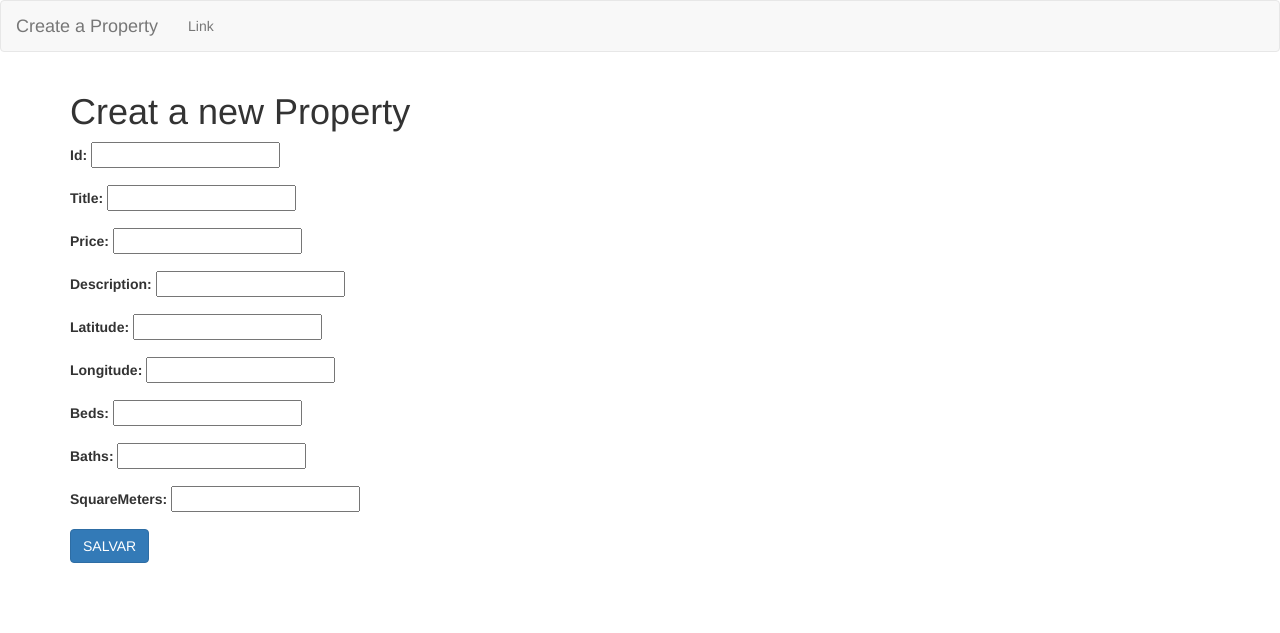
Repository: djoysilva/vivaRealChallenge
Page: http://localhost/vivaReal2.0/createProperty.jsp
These files come from the project's save history. The page is drawn as it stood at one moment and after the next save; the edit follows.
The browser window is 1280 px wide. The pictures show the whole page.
The page is served by Tomcat 9. Other server files are loaded and not shown.

Above is the page before, as saved 2016-11-02 21:13:21.

### VivaRealWorkSpace/vivaReal2.0/WebContent/createProperty.jsp
<%@ page language="java" contentType="text/html; charset=ISO-8859-1"
    pageEncoding="ISO-8859-1"%>
<!DOCTYPE html PUBLIC "-//W3C//DTD HTML 4.01 Transitional//EN" "http://www.w3.org/TR/html4/loose.dtd">
<html>
<head>
<meta http-equiv="Content-Type" content="text/html; charset=ISO-8859-1">
<%@ include file = "include.jsp"%>
<title>Create a new property</title>
</head>
<body>
	<%@ include file = "menu.jsp" %>
	<div class = "container">
		<h1>Creat a new Property</h1>
		<div class = "row">
			<div class = "col-md-6">
				<form action="createProperty" method="post">
					<input type="hidden" name="action" value="create">
					<div class = "form-group">
						<label for="idId">Id:</label>
						<input type="text" name="id" id="idId">
					</div>
					<div class = "form-group">
						<label for="idTitle">Title:</label>
						<input type="text" name="title" id="idTitle">
					</div>
					<div class = "form-group">
						<label for="idPrice">Price:</label>
						<input type="text" name="price" id="idPrice">
					</div>
					<div class = "form-group">
						<label for="idDesc">Description:</label>
						<input type="text" name="description" id="idDesc">
					</div>
					<div class = "form-group">
						<label for="idLatitude">Latitude:</label>
						<input type="text" name="latitude" id="idLatitude">
					</div>
					<div class = "form-group">
						<label for="idLongitude">Longitude:</label>
						<input type="text" name="longitude" id="idLongitude">
					</div>
					<div class = "form-group">
						<label for="idBeds">Beds:</label>
						<input type="text" name="beds" id="idBeds">
					</div>
					<div class = "form-group">
						<label for="idBaths">Baths:</label>
						<input type="text" name="baths" id="idBaths">
					</div>
					<div class = "form-group">
						<label for="idSquare">SquareMeters:</label>
						<input type="text" name="square" id="idSquare">
					</div>
					<div>
						<input type="submit" value="SALVAR" class="btn btn-primary">
					</div>
				</form>
			</div>
		</div>
	</div>
</body>
</html>

### VivaRealWorkSpace/vivaReal2.0/WebContent/include.jsp
<link rel = "stylesheet" type = "text/css" href="css/bootstrap.min.css">

### VivaRealWorkSpace/vivaReal2.0/WebContent/menu.jsp
<nav class="navbar navbar-default">
  <div class="container-fluid">
    <!-- Brand and toggle get grouped for better mobile display -->
    <div class="navbar-header">
      <button type="button" class="navbar-toggle collapsed" data-toggle="collapse" data-target="#bs-example-navbar-collapse-1" aria-expanded="false">
        <span class="sr-only">Toggle navigation</span>
        <span class="icon-bar"></span>
        <span class="icon-bar"></span>
        <span class="icon-bar"></span>
      </button>
      <a class="navbar-brand" href="createProperty.jsp">Create a Property</a>
    </div>

    <!-- Collect the nav links, forms, and other content for toggling -->
    <div class="collapse navbar-collapse" id="bs-example-navbar-collapse-1">
      <ul class="nav navbar-nav">
        <li><a href="#">Link</a></li>
      </ul>
    </div><!-- /.navbar-collapse -->
  </div><!-- /.container-fluid -->
</nav>

Loaded but not shown: VivaRealWorkSpace/vivaReal2.0/WebContent/css/bootstrap.min.css (library)

After the next save:
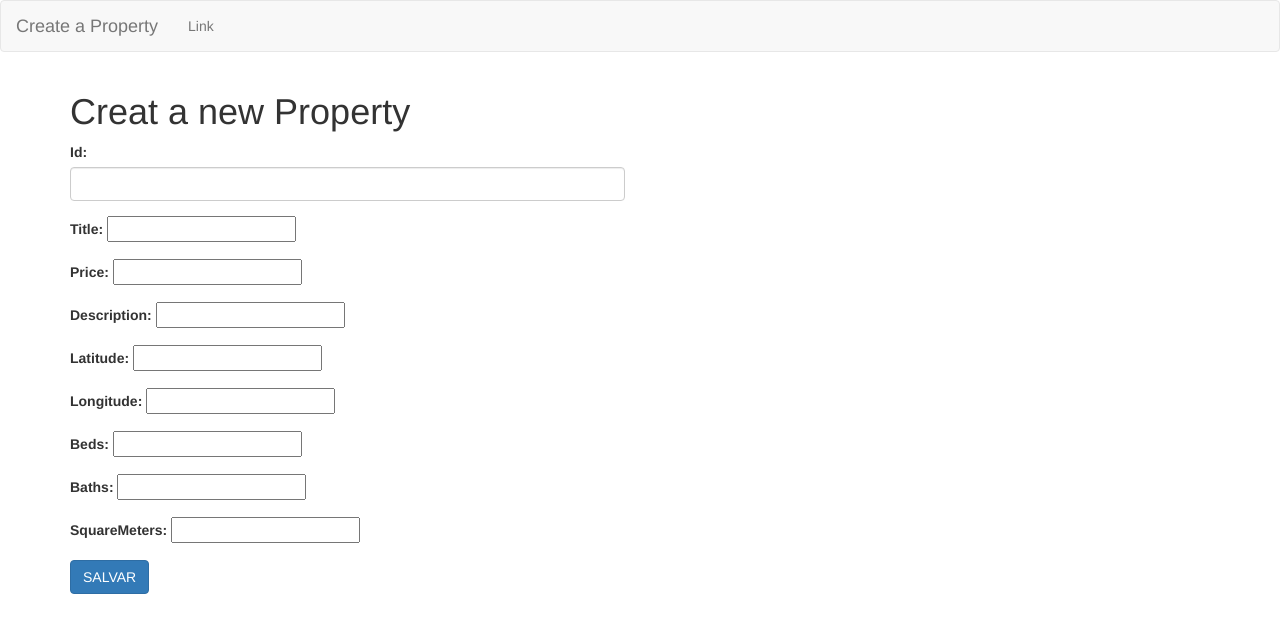
Saved 7 min 33 s later.
--- a/VivaRealWorkSpace/vivaReal2.0/WebContent/createProperty.jsp
+++ b/VivaRealWorkSpace/vivaReal2.0/WebContent/createProperty.jsp
@@ -17,7 +17,7 @@
 					<input type="hidden" name="action" value="create">
 					<div class = "form-group">
 						<label for="idId">Id:</label>
-						<input type="text" name="id" id="idId">
+						<input type="text" name="id" id="idId" class="form-control">
 					</div>
 					<div class = "form-group">
 						<label for="idTitle">Title:</label>
